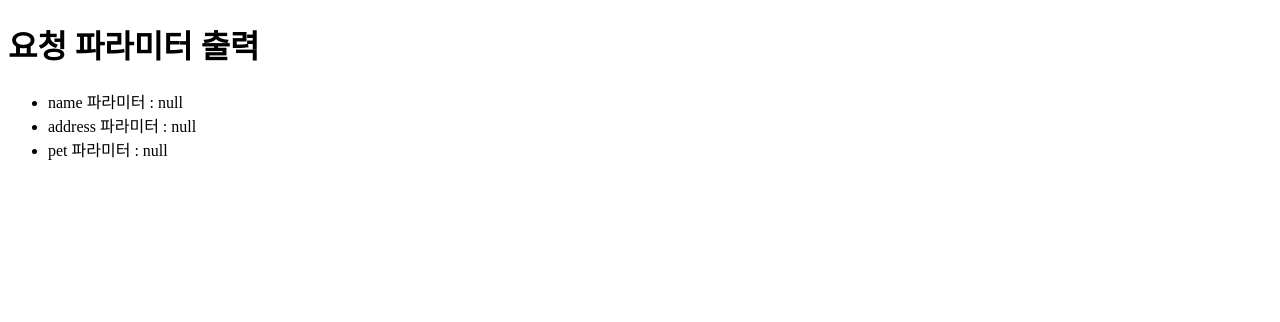
Repository: hhw9797/bitcampjn201904
Page: http://localhost/FirstWeb/request/viwParameter.jsp
An editor plug-in stored every save of this project. The page is shown before and after the next save, followed by the edit.
The browser window is 1280 px wide. The pictures show the whole page.
The page is served by Tomcat 9.

Above is the page before, as saved 2019-06-20 05:42:15.

After the next save:
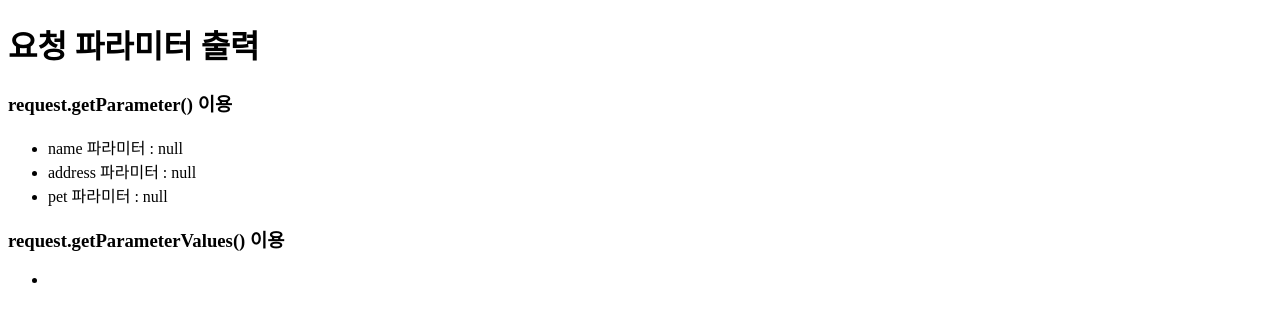
Saved 2 s later.
--- a/html/html5/jsp/FirstWeb/WebContent/request/viwParameter.jsp
+++ b/html/html5/jsp/FirstWeb/WebContent/request/viwParameter.jsp
@@ -15,11 +15,23 @@
 	request.setCharacterEncoding("utf-8");
 %>
 	<h1>요청 파라미터 출력</h1>
+	<h3> request.getParameter() 이용</h3>
 	<ul>
 		<li>name 파라미터 : <%= request.getParameter("name") %></li>
 		<li>address 파라미터 : <%= request.getParameter("address") %></li>
 		<li>pet 파라미터 : <%= request.getParameter("pet") %></li>
 	</ul>
 
+	<h3>request.getParameterValues() 이용</h3>
+	<%
+		String[] values = request.getParameterValues("pet");
+	%>
+	<ul>
+		<%
+
+		%>
+		<li></li>
+	</ul>
+
 </body>
 </html>
